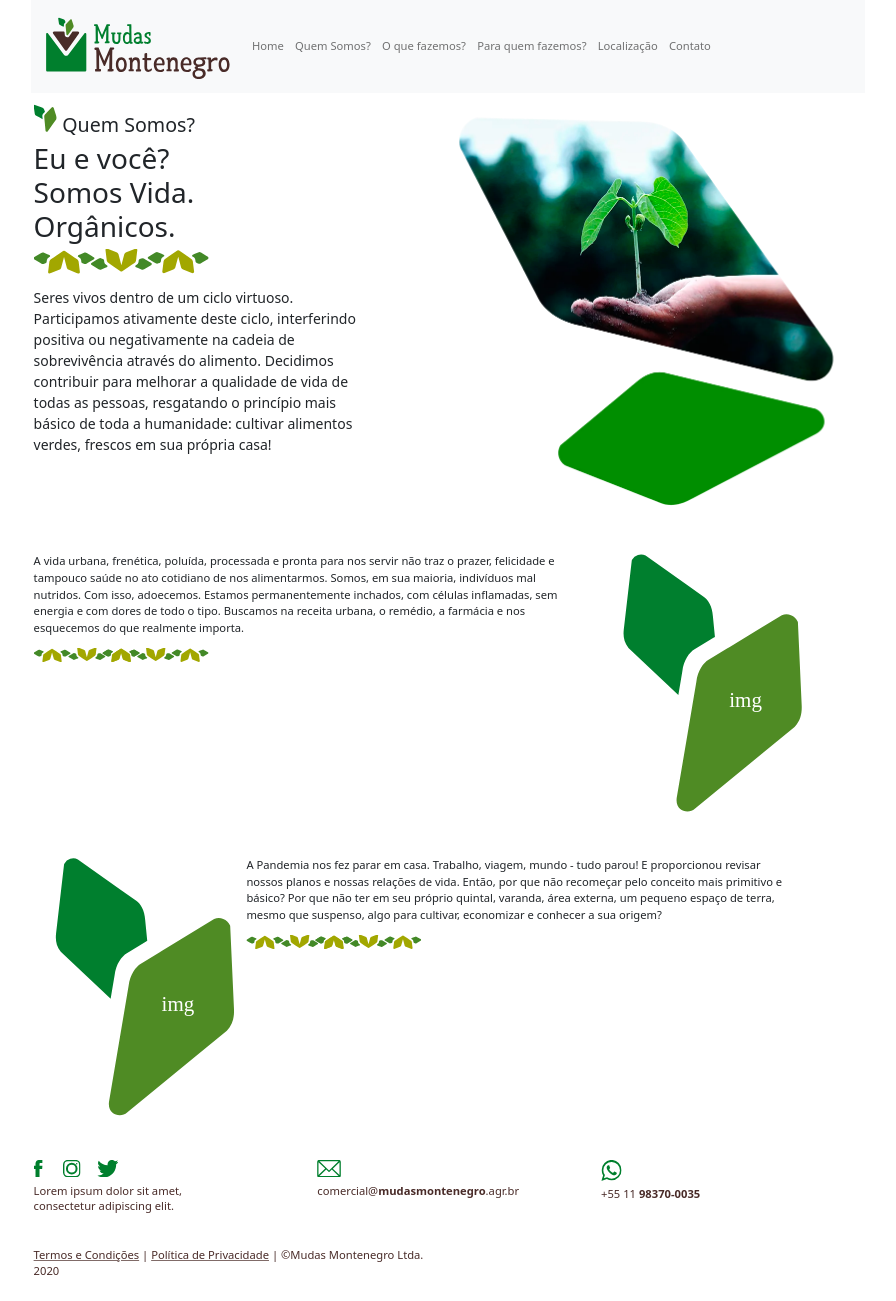
Repository: MaKnok/mudas-montenegro
Page: quem-somos.html
These files come from the project's save history. The page is drawn as it stood at one moment and after the next save; the edit follows.
The browser window is 1280 px wide. The pictures show the whole page, at 70% of full size.
Some web libraries are served in a nearby version.

Above is the page before, as saved 2021-06-17 12:04:53.

After the next save:
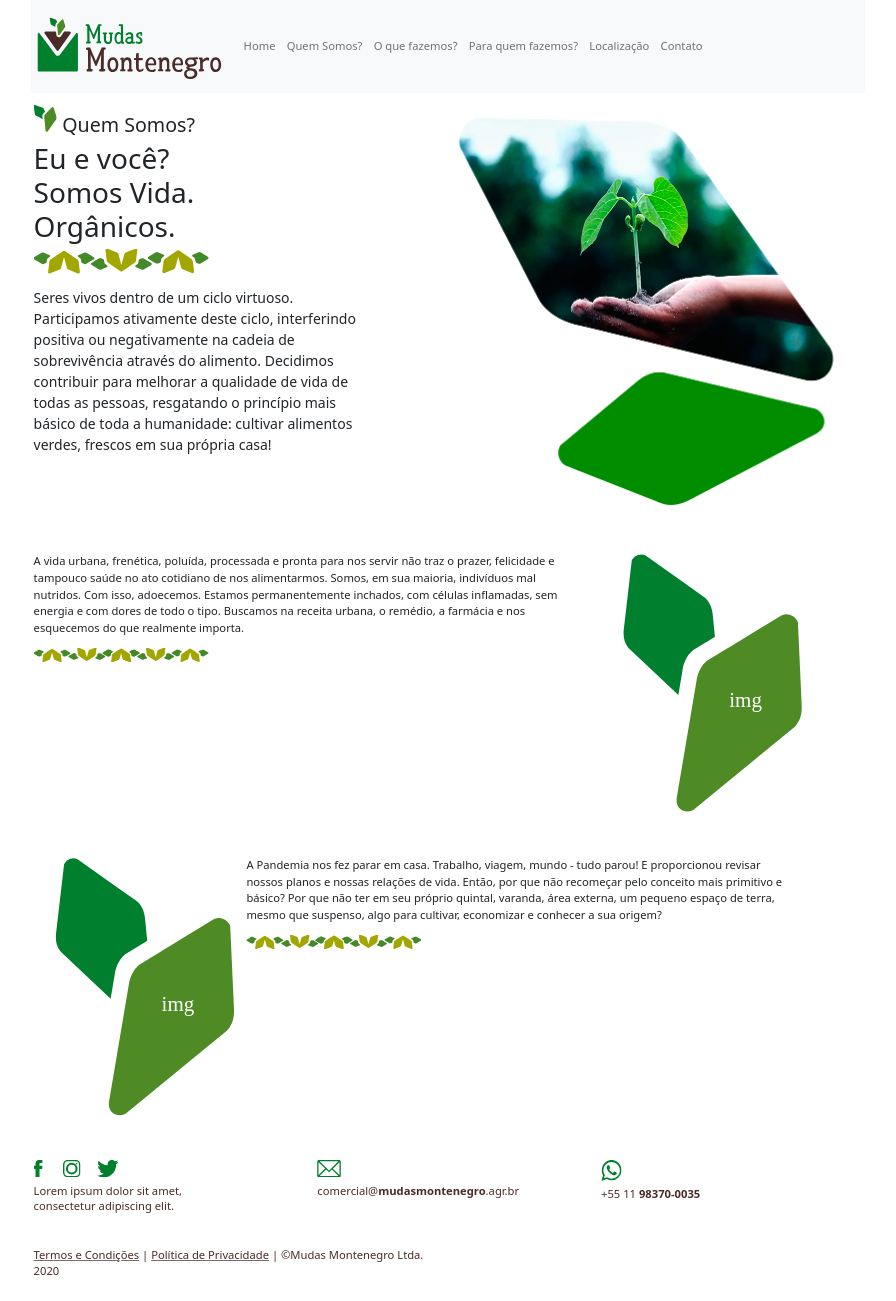
Saved 106 s later.
--- a/quem-somos.html
+++ b/quem-somos.html
@@ -22,8 +22,6 @@
 
     <!-- Navigation -->
     <nav class="navbar navbar-expand-md navbar-light bg-light sticky-top">
-
-    <div class="container-fluid">
 
       <a class="navbar-brand logo" href="index.html"><img src="img/logo_mudas_mont.svg" alt="Mudas Montenegro"></a>
 
@@ -53,8 +51,6 @@
             </li>
         </ul>
       </div>
-
-    </div>
 
     </nav>
 
